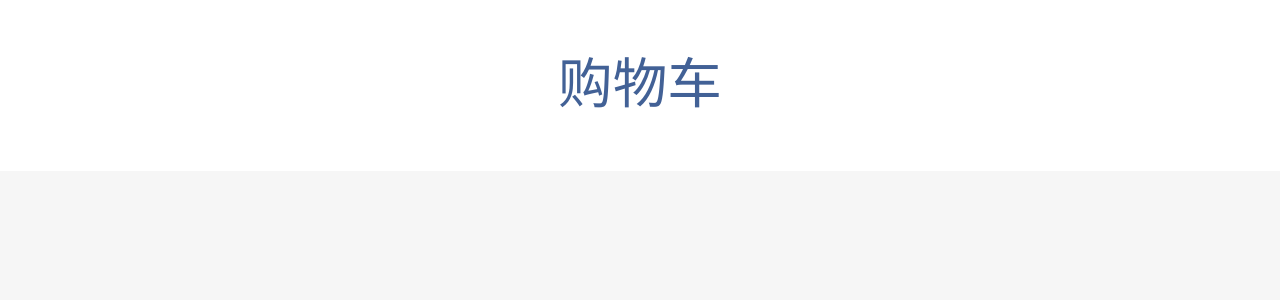
Repository: 421538074/sell
Page: consumer/shop-cart.html
The author's editor kept a copy of each file at every save. The page is drawn from the files as they stood at one save, then again after the next save.
The browser window is 1280 px wide. The pictures show the whole page.

Above is the page before, as saved 2019-06-03 11:15:57.

After the next save:
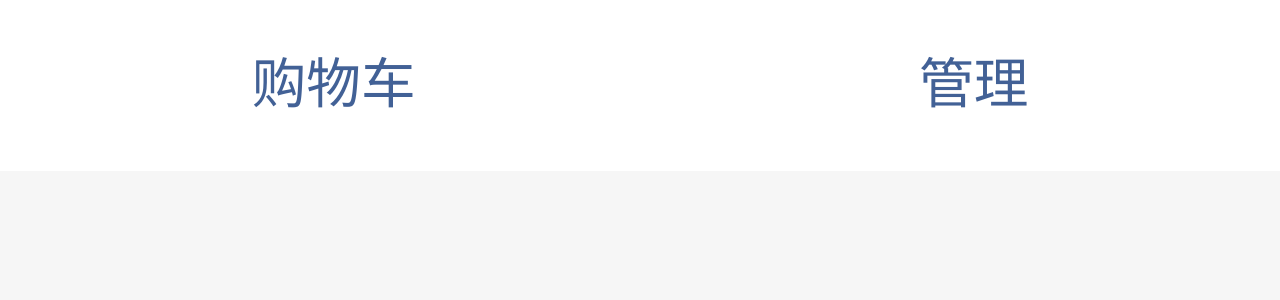
Saved 36 s later.
--- a/consumer/shop-cart.html
+++ b/consumer/shop-cart.html
@@ -14,6 +14,7 @@
     <div id="app" class="content">
         <nav class="nav-bar-wrapper">
             <p class="nav-bar-title">购物车</p>
+            <p class="management">管理</p>
         </nav>
     </div>
     <script src="../js/api.js"></script>
